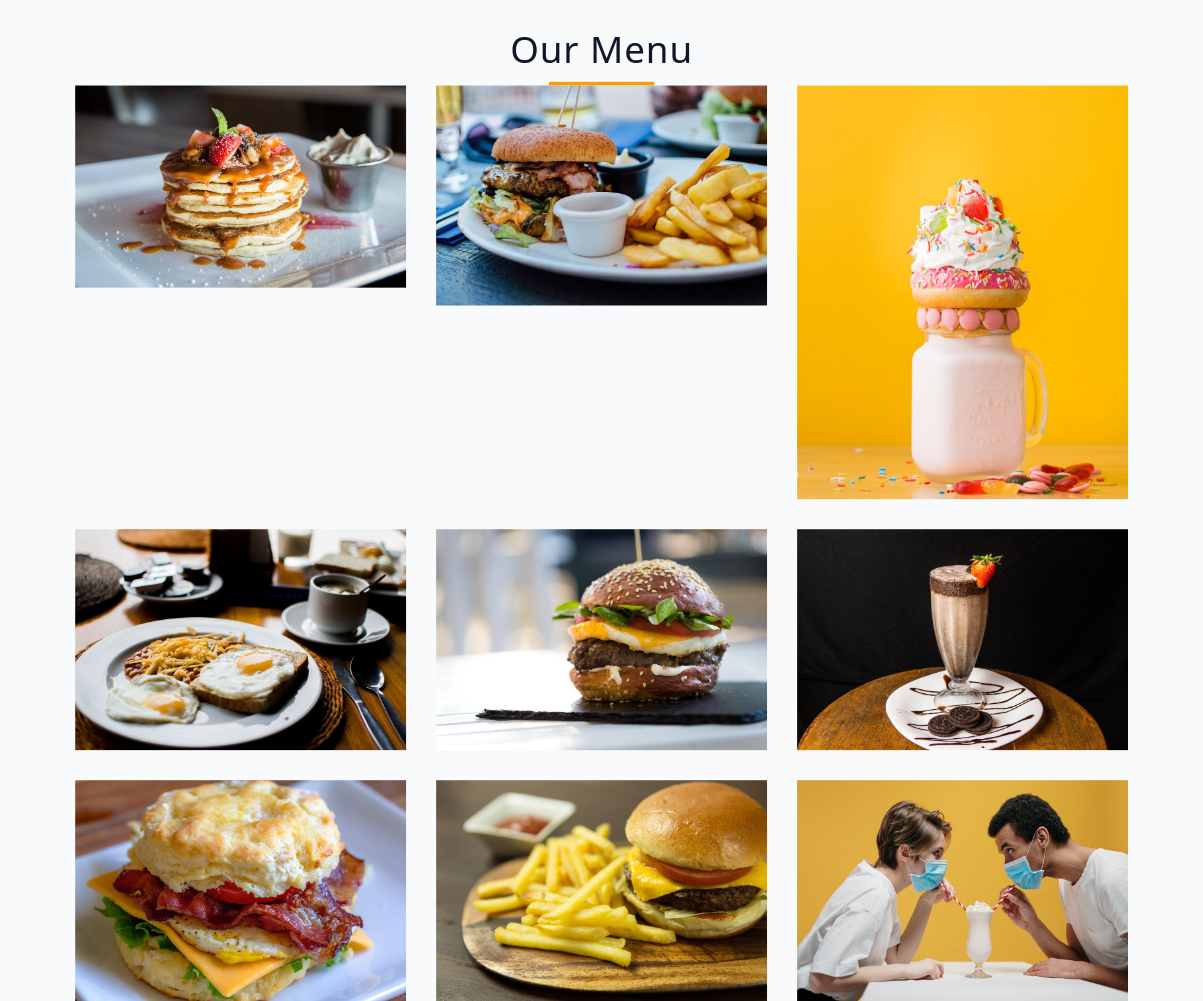
Repository: Maryie-B/React-Practice-Projects
Page: / (app in Restaurant Menu/)
An editor plug-in stored every save of this project. The page is shown before and after the next save, followed by the edit.
The browser window is 1280 px wide. The pictures show the whole page, at 94% of full size.
The project was rebuilt for these pictures with package versions that can differ from the ones it lists, and the page was loaded fresh each time. Also part of the build but not shown: Restaurant Menu/vite.config.js.

Above is the page before, as saved 2023-06-08 09:32:10.

### Restaurant Menu/src/App.jsx
import { useState } from "react";
import Title from "./Title";
import menu from './data';
import Menu from "./Menu";

const App = () => {
  const [menuItems, setMenuItems] = useState(menu);
  return <main>
    <section>
      <Title text='our menu'/>
      <Menu items={menuItems} />
    </section>
  </main>;
};
export default App;

### Restaurant Menu/src/index.css
/* ============= GLOBAL CSS =============== */

*,
::after,
::before {
  margin: 0;
  padding: 0;
  box-sizing: border-box;
}

html {
  font-size: 100%;
} /*16px*/

:root {
  /* colors */
  --primary-100: #fef3c7;
  --primary-200: #fde68a;
  --primary-300: #fcd34d;
  --primary-400: #fbbf24;
  --primary-500: #f59e0b;
  --primary-600: #d97706;
  --primary-700: #b45309;
  --primary-800: #92400e;
  --primary-900: #78350f;

  /* grey */
  --grey-50: #f8fafc;
  --grey-100: #f1f5f9;
  --grey-200: #e2e8f0;
  --grey-300: #cbd5e1;
  --grey-400: #94a3b8;
  --grey-500: #64748b;
  --grey-600: #475569;
  --grey-700: #334155;
  --grey-800: #1e293b;
  --grey-900: #0f172a;
  /* rest of the colors */
  --black: #222;
  --white: #fff;
  --red-light: #f8d7da;
  --red-dark: #842029;
  --green-light: #d1e7dd;
  --green-dark: #0f5132;

  --small-text: 0.875rem;
  --extra-small-text: 0.7em;
  /* rest of the vars */
  --backgroundColor: var(--grey-50);
  --textColor: var(--grey-900);
  --borderRadius: 0.25rem;
  --letterSpacing: 1px;
  --transition: 0.3s ease-in-out all;
  --max-width: 1120px;
  --fixed-width: 600px;

  /* box shadow*/
  --shadow-1: 0 1px 3px 0 rgba(0, 0, 0, 0.1), 0 1px 2px 0 rgba(0, 0, 0, 0.06);
  --shadow-2: 0 4px 6px -1px rgba(0, 0, 0, 0.1),
    0 2px 4px -1px rgba(0, 0, 0, 0.06);
  --shadow-3: 0 10px 15px -3px rgba(0, 0, 0, 0.1),
    0 4px 6px -2px rgba(0, 0, 0, 0.05);
  --shadow-4: 0 20px 25px -5px rgba(0, 0, 0, 0.1),
    0 10px 10px -5px rgba(0, 0, 0, 0.04);
}

body {
  background: var(--backgroundColor);
  font-family: system-ui, -apple-system, BlinkMacSystemFont, 'Segoe UI', Roboto,
    Oxygen, Ubuntu, Cantarell, 'Open Sans', 'Helvetica Neue', sans-serif;
  font-weight: 400;
  line-height: 1;
  color: var(--textColor);
}
p {
  margin: 0;
}
h1,
h2,
h3,
h4,
h5 {
  margin: 0;
  font-family: var(--headingFont);
  font-weight: 400;
  line-height: 1;
  text-transform: capitalize;
  letter-spacing: var(--letterSpacing);
}

h1 {
  font-size: 3.052rem;
}

h2 {
  font-size: 2.441rem;
}

h3 {
  font-size: 1.953rem;
}

h4 {
  font-size: 1.563rem;
}

h5 {
  font-size: 1.25rem;
}

.text {
  margin-bottom: 1.5rem;
  max-width: 40em;
}

small,
.text-small {
  font-size: var(--small-text);
}

a {
  text-decoration: none;
}
ul {
  list-style-type: none;
  padding: 0;
}

.img {
  width: 100%;
  display: block;
  object-fit: cover;
}
/* buttons */

.btn {
  cursor: pointer;
  color: var(--white);
  background: var(--primary-500);
  border: transparent;
  border-radius: var(--borderRadius);
  letter-spacing: var(--letterSpacing);
  padding: 0.375rem 0.75rem;
  box-shadow: var(--shadow-1);
  transition: var(--transition);
  text-transform: capitalize;
  display: inline-block;
}
.btn:hover {
  background: var(--primary-700);
  box-shadow: var(--shadow-3);
}
.btn-hipster {
  color: var(--primary-500);
  background: var(--primary-200);
}
.btn-hipster:hover {
  color: var(--primary-200);
  background: var(--primary-700);
}
.btn-block {
  width: 100%;
}

/* alerts */
.alert {
  padding: 0.375rem 0.75rem;
  margin-bottom: 1rem;
  border-color: transparent;
  border-radius: var(--borderRadius);
}

.alert-danger {
  color: var(--red-dark);
  background: var(--red-light);
}
.alert-success {
  color: var(--green-dark);
  background: var(--green-light);
}
/* form */

.form {
  width: 90vw;
  max-width: var(--fixed-width);
  background: var(--white);
  border-radius: var(--borderRadius);
  box-shadow: var(--shadow-2);
  padding: 2rem 2.5rem;
  margin: 3rem auto;
}
.form-label {
  display: block;
  font-size: var(--small-text);
  margin-bottom: 0.5rem;
  text-transform: capitalize;
  letter-spacing: var(--letterSpacing);
}
.form-input,
.form-textarea {
  width: 100%;
  padding: 0.375rem 0.75rem;
  border-radius: var(--borderRadius);
  background: var(--backgroundColor);
  border: 1px solid var(--grey-200);
}

.form-row {
  margin-bottom: 1rem;
}

.form-textarea {
  height: 7rem;
}
::placeholder {
  font-family: inherit;
  color: var(--grey-400);
}
.form-alert {
  color: var(--red-dark);
  letter-spacing: var(--letterSpacing);
  text-transform: capitalize;
}
/* alert */

@keyframes spinner {
  to {
    transform: rotate(360deg);
  }
}

.loading {
  width: 6rem;
  height: 6rem;
  border: 5px solid var(--grey-400);
  border-radius: 50%;
  border-top-color: var(--primary-500);
  animation: spinner 0.6s linear infinite;
  margin: 0 auto;
}

/* title */

.title {
  margin-top: 2rem;
  text-align: center;
}

.title-underline {
  background: var(--primary-500);
  width: 7rem;
  height: 0.25rem;
  margin: 0 auto;
  margin-top: 1rem;
}
/* ============= PROJECT CSS =============== */

.menu {
  padding: 5rem 0;
}

.btn-container {
  margin: 2rem 0 4rem 0;
  display: flex;
  justify-content: center;
  flex-wrap: wrap;
  gap: 1rem;
}
.section-center {
  width: 90vw;
  margin: 0 auto;
  max-width: var(--max-width);
  display: grid;
  gap: 2rem;
}

.menu-item {
  background: var(--white);
  border-radius: var(--borderRadius);
}
.menu-item .img {
  height: 15rem;
  border-top-right-radius: var(--borderRadius);
  border-top-left-radius: var(--borderRadius);
}
.item-info {
  padding: 1.5rem;
}
.item-info header {
  display: flex;
  justify-content: space-between;
  flex-wrap: wrap;
  gap: 1rem;
  margin-bottom: 1.25rem;
}

.item-info h5 {
  font-weight: 500;
}
.item-price {
  background: var(--primary-500);
  color: var(--white);
  padding: 0.25rem 0.5rem;
  letter-spacing: var(--letterSpacing);
  border-radius: var(--borderRadius);
}

.item-text {
  line-height: 2;
  color: var(--grey-500);
}

.section-center {
  justify-items: center;
}
.menu-item {
  max-width: 25rem;
}

@media screen and (min-width: 992px) {
  .section-center {
    grid-template-columns: 1fr 1fr;
    align-items: start;
  }
}
@media screen and (min-width: 1170px) {
  .section-center {
    width: 95vw;
    grid-template-columns: repeat(3, 1fr);
  }
}

### Restaurant Menu/src/Title.jsx
import React from 'react'

const Title = ({text}) => {
  return (
    <div>
      <h2 className='title'>{text || 'Default Title'}</h2>
      <div className="title-underline"></div>
    </div>
  )
}

export default Title

### Restaurant Menu/src/data.js
const menu = [
  {
    id: 1,
    title: 'buttermilk pancakes',
    category: 'breakfast',
    price: 15.99,
    img: '/images/item-1.jpeg',
    desc: `I'm baby woke mlkshk wolf bitters live-edge blue bottle, hammock freegan copper mug whatever cold-pressed I'm baby woke mlkshk wolf bitters live-edge blue bottle, hammock freegan copper mug whatever cold-pressed `,
  },
  {
    id: 2,
    title: 'diner double',
    category: 'lunch',
    price: 13.99,
    img: '/images/item-2.jpeg',
    desc: `vaporware iPhone mumblecore selvage raw denim slow-carb leggings gochujang helvetica man braid jianbing. Marfa thundercats `,
  },
  {
    id: 3,
    title: 'godzilla milkshake',
    category: 'shakes',
    price: 6.99,
    img: '/images/item-3.jpeg',
    desc: `ombucha chillwave fanny pack 3 wolf moon street art photo booth before they sold out organic viral.`,
  },
  {
    id: 4,
    title: 'country delight',
    category: 'breakfast',
    price: 20.99,
    img: '/images/item-4.jpeg',
    desc: `Shabby chic keffiyeh neutra snackwave pork belly shoreditch. Prism austin mlkshk truffaut, `,
  },
  {
    id: 5,
    title: 'egg attack',
    category: 'lunch',
    price: 22.99,
    img: '/images/item-5.jpeg',
    desc: `franzen vegan pabst bicycle rights kickstarter pinterest meditation farm-to-table 90's pop-up `,
  },
  {
    id: 6,
    title: 'oreo dream',
    category: 'shakes',
    price: 18.99,
    img: '/images/item-6.jpeg',
    desc: `Portland chicharrones ethical edison bulb, palo santo craft beer chia heirloom iPhone everyday`,
  },
  {
    id: 7,
    title: 'bacon overflow',
    category: 'breakfast',
    price: 8.99,
    img: '/images/item-7.jpeg',
    desc: `carry jianbing normcore freegan. Viral single-origin coffee live-edge, pork belly cloud bread iceland put a bird `,
  },
  {
    id: 8,
    title: 'american classic',
    category: 'lunch',
    price: 12.99,
    img: '/images/item-8.jpeg',
    desc: `on it tumblr kickstarter thundercats migas everyday carry squid palo santo leggings. Food truck truffaut  `,
  },
  {
    id: 9,
    title: 'quarantine buddy',
    category: 'shakes',
    price: 16.99,
    img: '/images/item-9.jpeg',
    desc: `skateboard fam synth authentic semiotics. Live-edge lyft af, edison bulb yuccie crucifix microdosing.`,
  },
];
export default menu;

### Restaurant Menu/src/Menu.jsx
import React from 'react'
import MenuItem from './MenuItem'

const Menu = ({items}) => {
  return (
    <div className='section-center'>
        {items.map((menuItem) => {
            return <MenuItem key={menuItem.id} {...menuItem}/>
        })}
    </div>
  )
}

export default Menu

### Restaurant Menu/src/MenuItem.jsx
import React from 'react'

const MenuItem = ({img, title, price, desc}) => {
  return (
    <article>
      <img src={img} alt={title} className="img" />
    </article>
  )
}

export default MenuItem

Loaded but not shown: Restaurant Menu/index.html (common file); Restaurant Menu/src/main.jsx (common file)

After the next save:
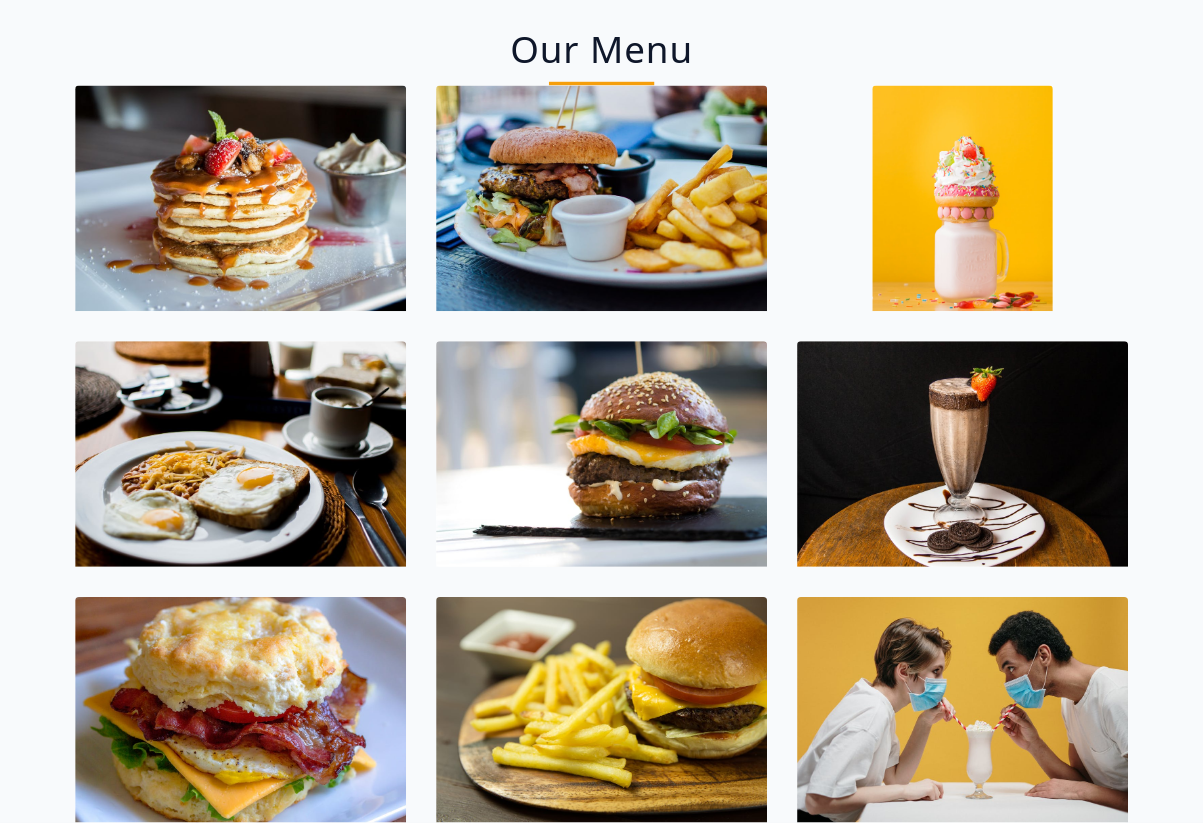
Saved 35 s later.
--- a/Restaurant Menu/src/MenuItem.jsx
+++ b/Restaurant Menu/src/MenuItem.jsx
@@ -2,7 +2,7 @@ import React from 'react'
 
 const MenuItem = ({img, title, price, desc}) => {
   return (
-    <article>
+    <article className='menu-item' >
       <img src={img} alt={title} className="img" />
     </article>
   )
